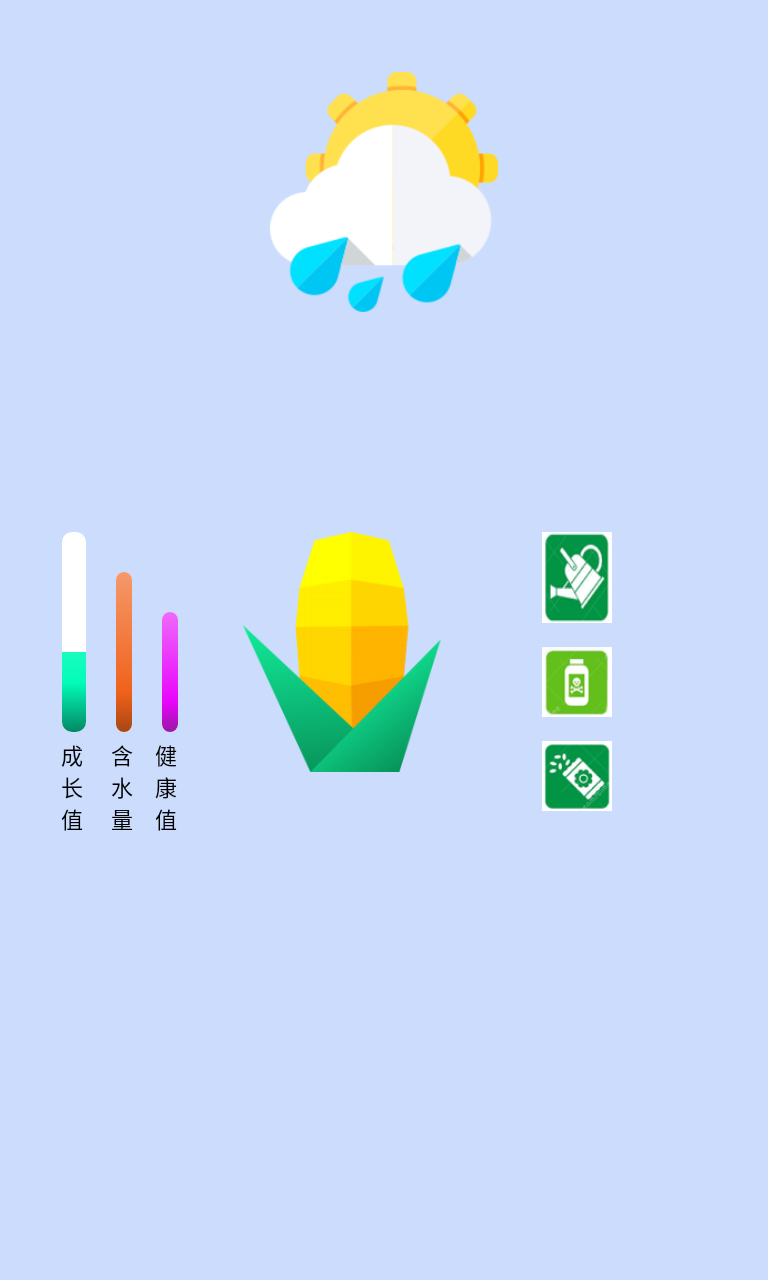
Repository: DraceWang/YumiTianqi
Layout: YumiTianqi/res/layout/fragment_main.xml
These files come from the project's save history. The layout is drawn as it stood at one moment and after the next save; the edit follows.
It is drawn on a 768 x 1280 px phone screen (xhdpi) without system bars, with theme AppTheme; the app's code is not run. Lists and similar views that code fills are empty.

Above is the layout before, as saved 2015-05-20 01:51:36.

After the next save:
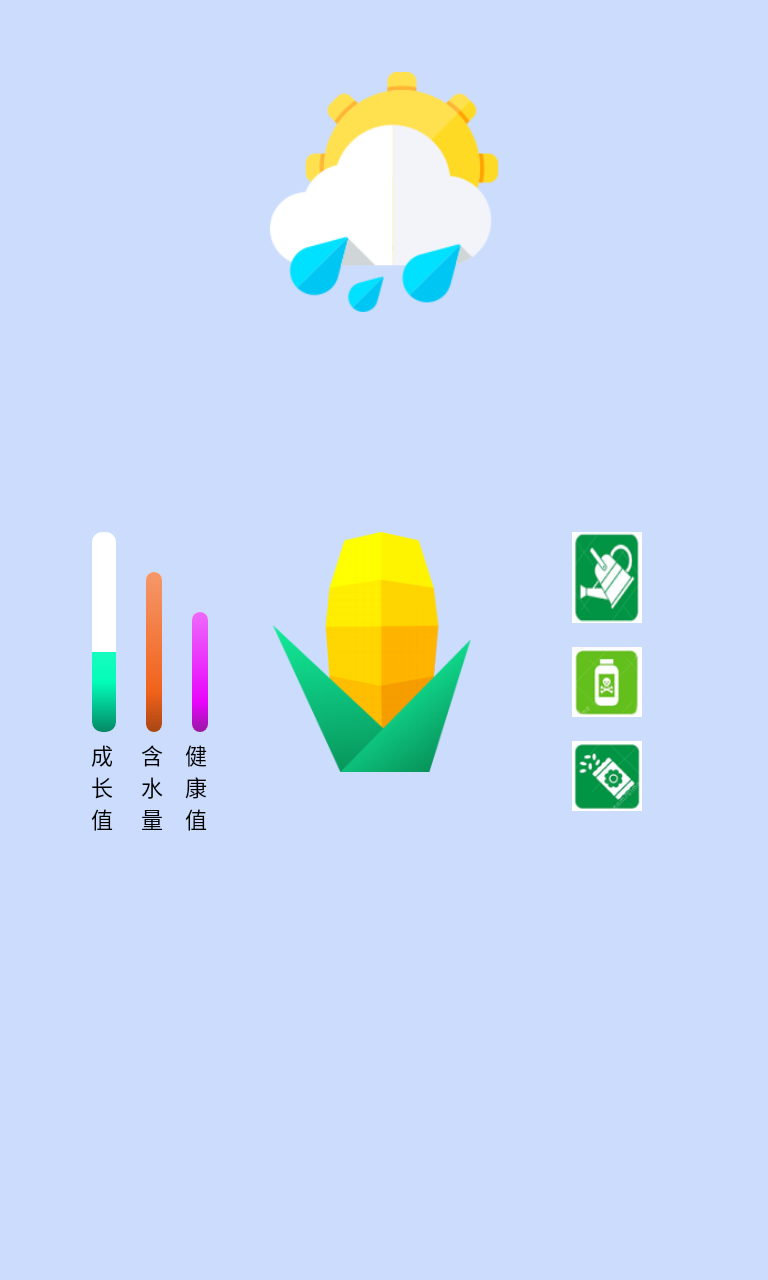
Saved 55 s later.
--- a/YumiTianqi/res/layout/fragment_main.xml
+++ b/YumiTianqi/res/layout/fragment_main.xml
@@ -88,7 +88,8 @@
 
             <RelativeLayout
                 android:layout_width="310dp"
-                android:layout_height="wrap_content" >
+                android:layout_height="wrap_content"
+                android:layout_marginLeft="15dp" >
 
                 <ImageView
                     android:id="@+id/cron"
